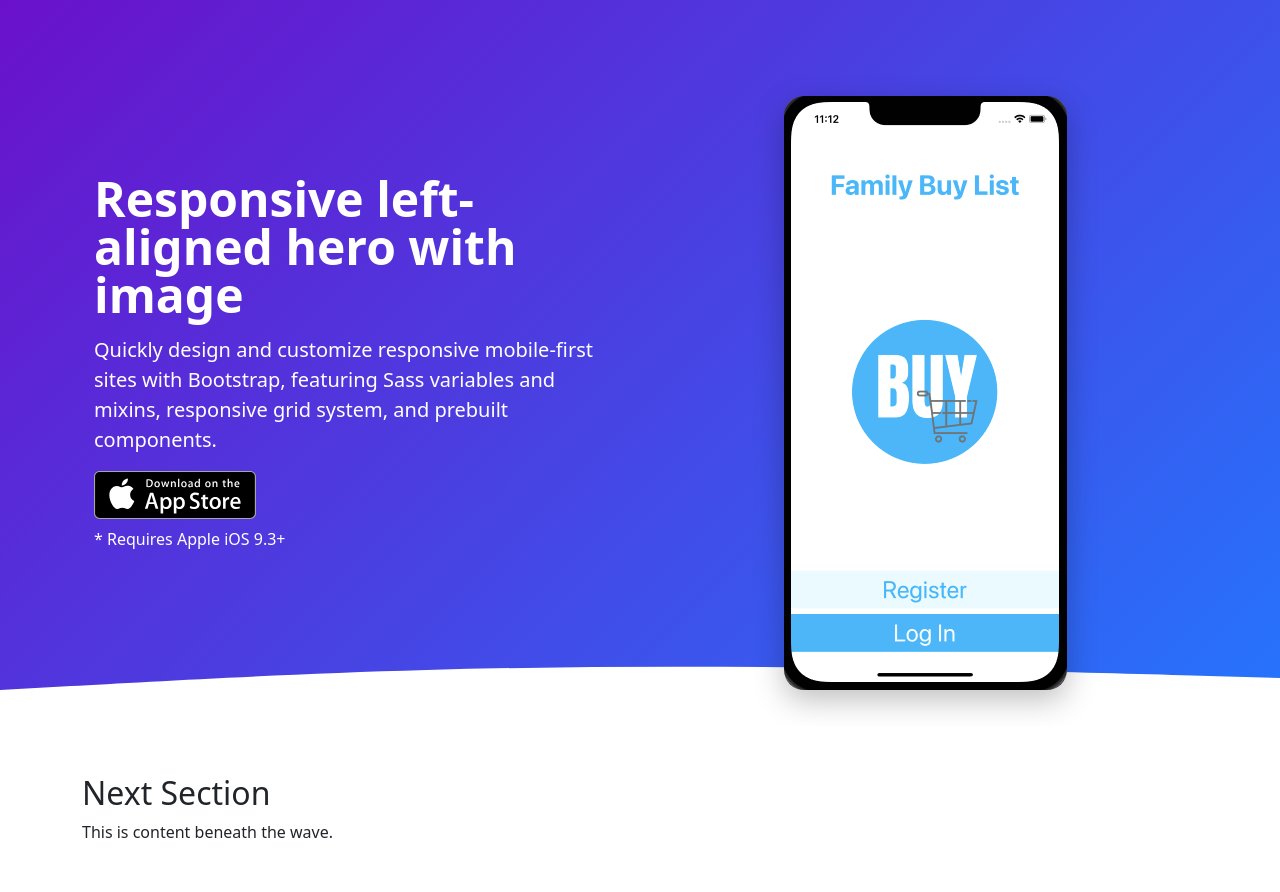
Repository: lyutok/iOS
Page: Billequal_landpage/index.html
An editor plug-in stored every save of this project. The page is shown before and after the next save, followed by the edit.
The browser window is 1280 px wide. The pictures show the whole page.

Above is the page before, as saved 2025-10-16 15:34:52.

After the next save:
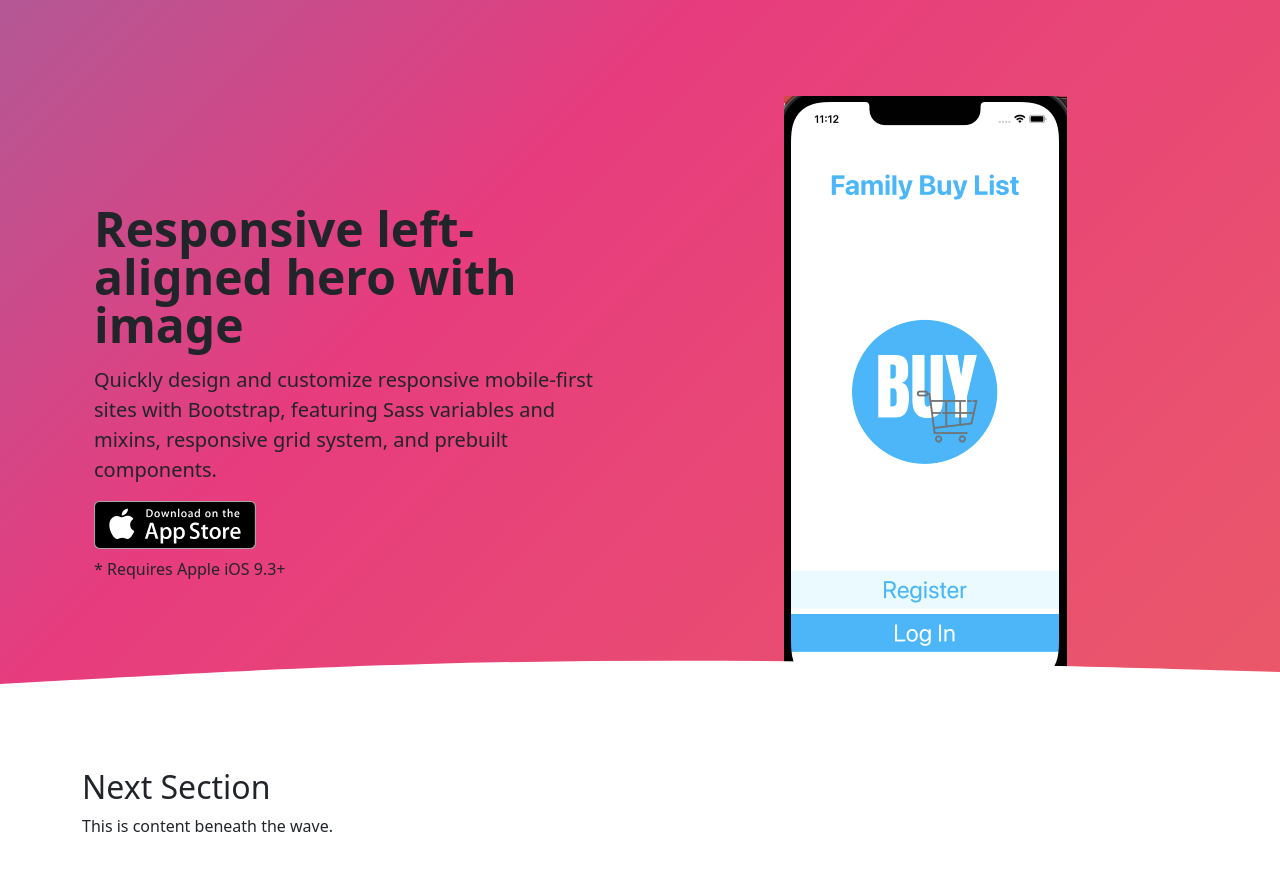
Saved 100 s later.
--- a/Billequal_landpage/css/style.css
+++ b/Billequal_landpage/css/style.css
@@ -1,8 +1,11 @@
-/* .gradient-background {
+.gradient-background {
 	background: linear-gradient(-45deg, #ee7752, #e73c7e, #23a6d5, #23d5ab);
 	background-size: 400% 400%;
 	animation: gradient 15s ease infinite;
 	height: 100vh;
+	position: relative;
+  	overflow: hidden;
+  	z-index: 0; /* create stacking context */
 }
 
 @keyframes gradient {
@@ -15,15 +18,15 @@
 	100% {
 		background-position: 0% 50%;
 	}
-} */
+}
 
-.gradient-background {
+/* .gradient-background {
   background: linear-gradient(135deg, #6a11cb, #2575fc);
   color: white;
   position: relative;
   overflow: hidden;
   z-index: 0; /* create stacking context */
-}
+} */
 
 /* Image */
 .hero-image {
